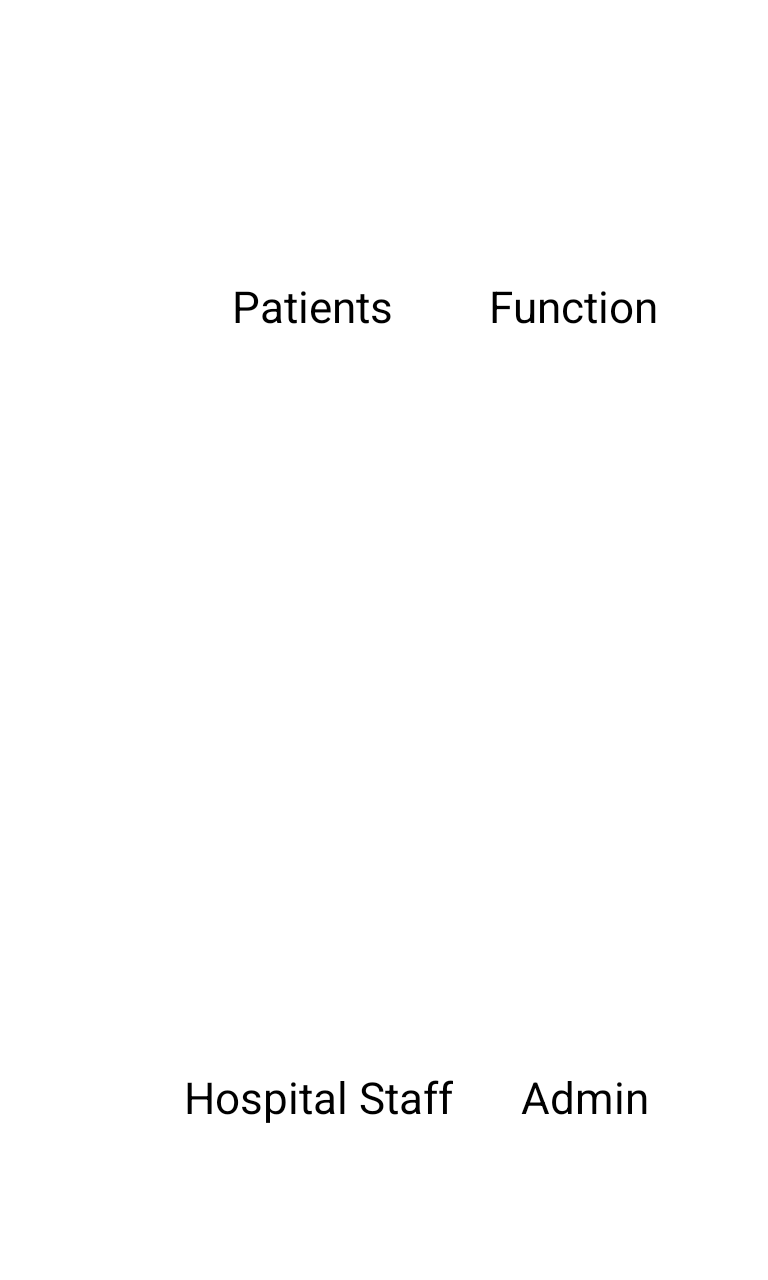
Repository: erwasambo/greendevelopment
Layout: GreenDevelopment/NASCuisine/res/layout/dashboard.xml
These files come from the project's save history. The layout is drawn as it stood at one moment and after the next save; the edit follows.
It is drawn on a 768 x 1280 px phone screen (xhdpi) without system bars, with theme AppTheme; the app's code is not run.

Above is the layout before, as saved 2013-12-03 02:38:49.

After the next save:
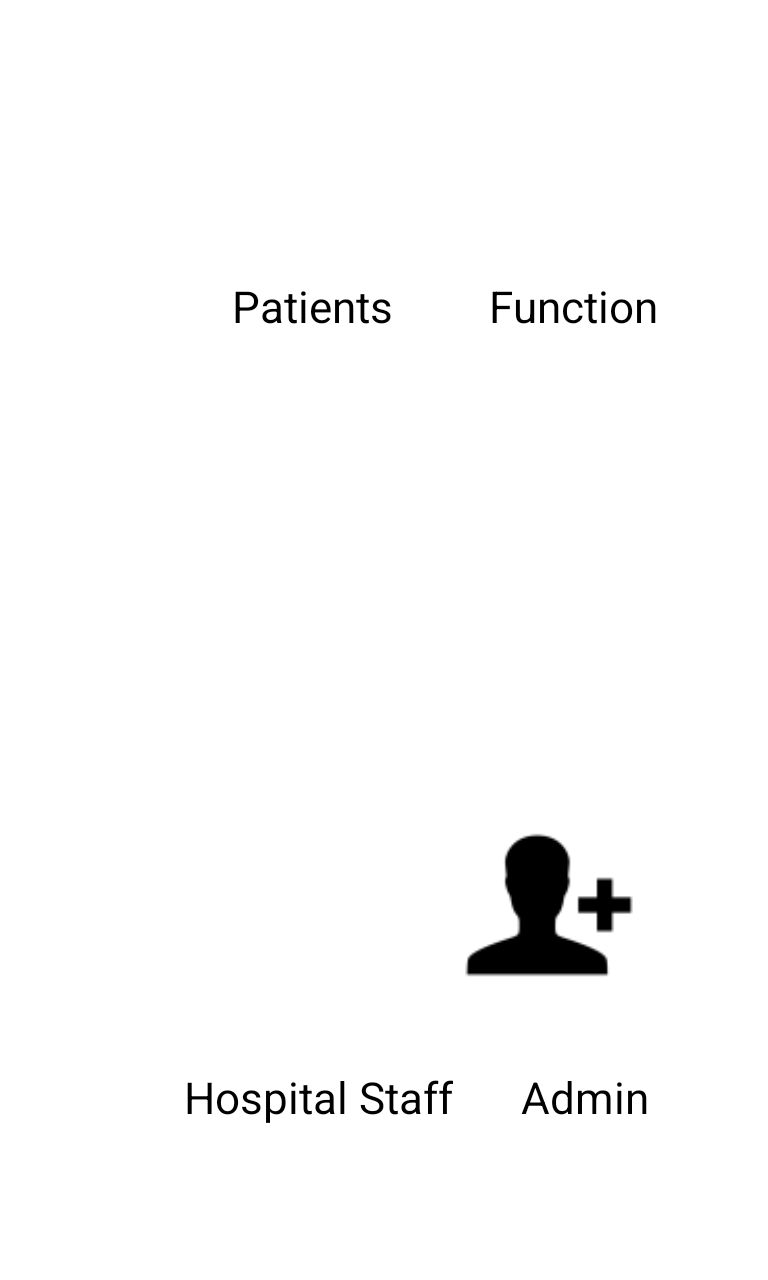
Saved 10 min 13 s later.
--- a/GreenDevelopment/NASCuisine/res/layout/dashboard.xml
+++ b/GreenDevelopment/NASCuisine/res/layout/dashboard.xml
@@ -47,4 +47,13 @@
         android:text="@string/admin"
         android:textAppearance="?android:attr/textAppearanceLarge" />
 
+    <ImageView
+        android:id="@+id/imageView1"
+        android:layout_width="100dp"
+        android:layout_height="100dp"
+        android:layout_above="@+id/TextView02"
+        android:layout_alignRight="@+id/TextView02"
+        android:layout_marginBottom="31dp"
+        android:src="@drawable/admin" />
+
 </RelativeLayout>
